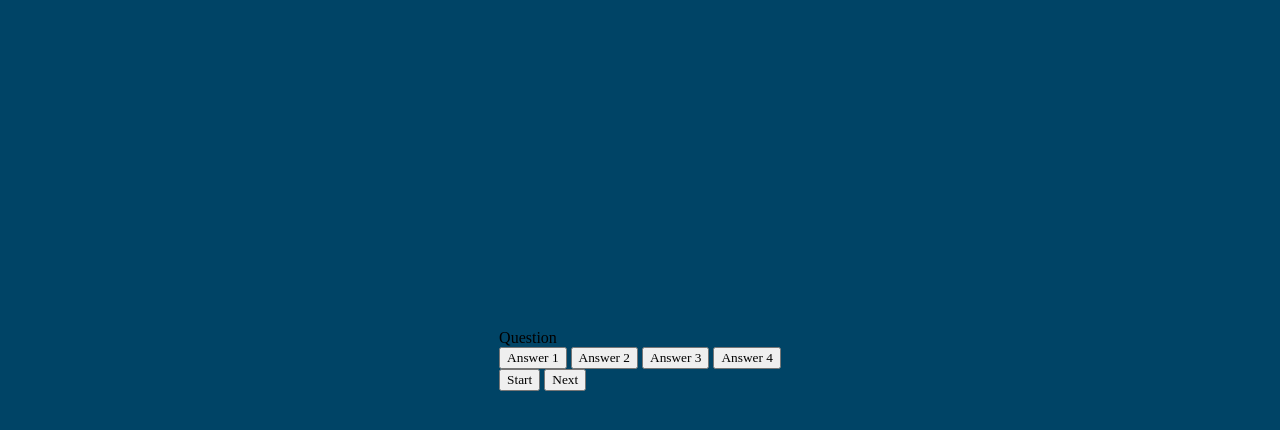
Repository: DaNiels89/quiz-js
Page: index.html
The author's editor kept a copy of each file at every save. The page is drawn from the files as they stood at one save, then again after the next save.
The browser window is 1280 px wide. The pictures show the whole page.

Above is the page before, as saved 2020-06-22 09:44:03.

### index.html
<!DOCTYPE html>
<html lang="en">

<head>
    <meta charset="UTF-8">
    <meta name="viewport" content="width=device-width, initial-scale=1.0">
    <link rel="stylesheet" href="css/styles.css">
    <script defer scr="script.js"></script>
    <title>Quiz</title>
</head>

<body>
    <div class="container">
        <div id="question-container" class="hide">
            <div class="question">Question</div>
            <div id="answer-buttons" class="btn-grid">
                <button class="btn">Answer 1</button>
                <button class="btn">Answer 2</button>
                <button class="btn">Answer 3</button>
                <button class="btn">Answer 4</button>
            </div>
        </div>
        <div class="controls">
            <button id="start-btn" class="start-btn btn">Start</button>
            <button id="next-btn" class="next-btn btn">Next</button>
        </div>
    </div>
</body>

</html>

### css/styles.css
*, *::before, *::after {
    box-sizing: border-box;
    font-family: Gotham Rounded;
}

:root {
    --hue-neutral: 200;
    --hue-wrong: 0;
    --hue-correct: 145;
}

body {
    --hue: var(--hue-neutral);
    padding: 0;
    margin: 0;
    display: flex;
    width: 100vw;
    height: 100vh;
    justify-content: center;
    align-items: center;
    background-color: hsl(var(--hue), 100%, 20%);
}

body.correct {
    --hue: var(--hue-correct);
}

After the next save:
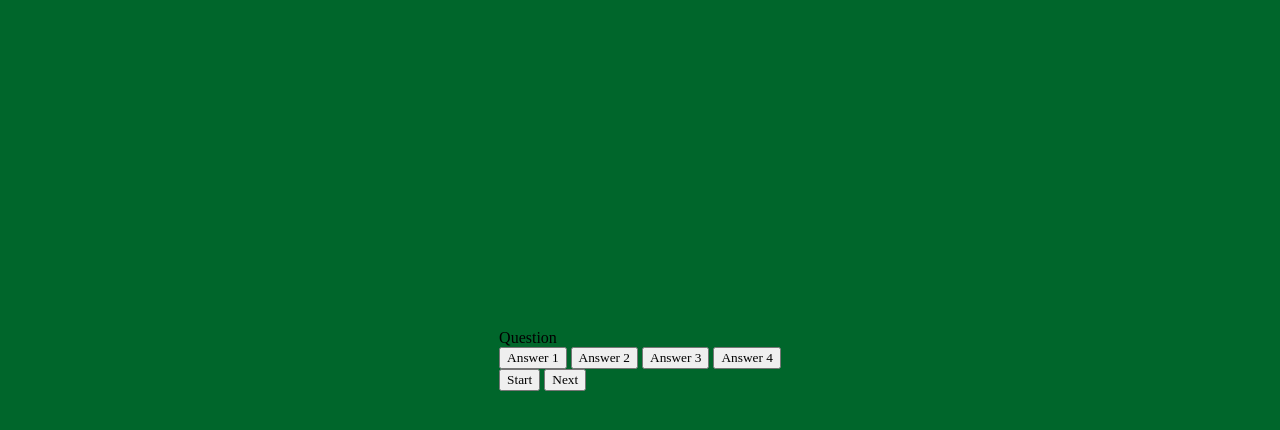
Saved 9 s later.
--- a/index.html
+++ b/index.html
@@ -9,7 +9,7 @@
     <title>Quiz</title>
 </head>
 
-<body>
+<body class="correct">
     <div class="container">
         <div id="question-container" class="hide">
             <div class="question">Question</div>
